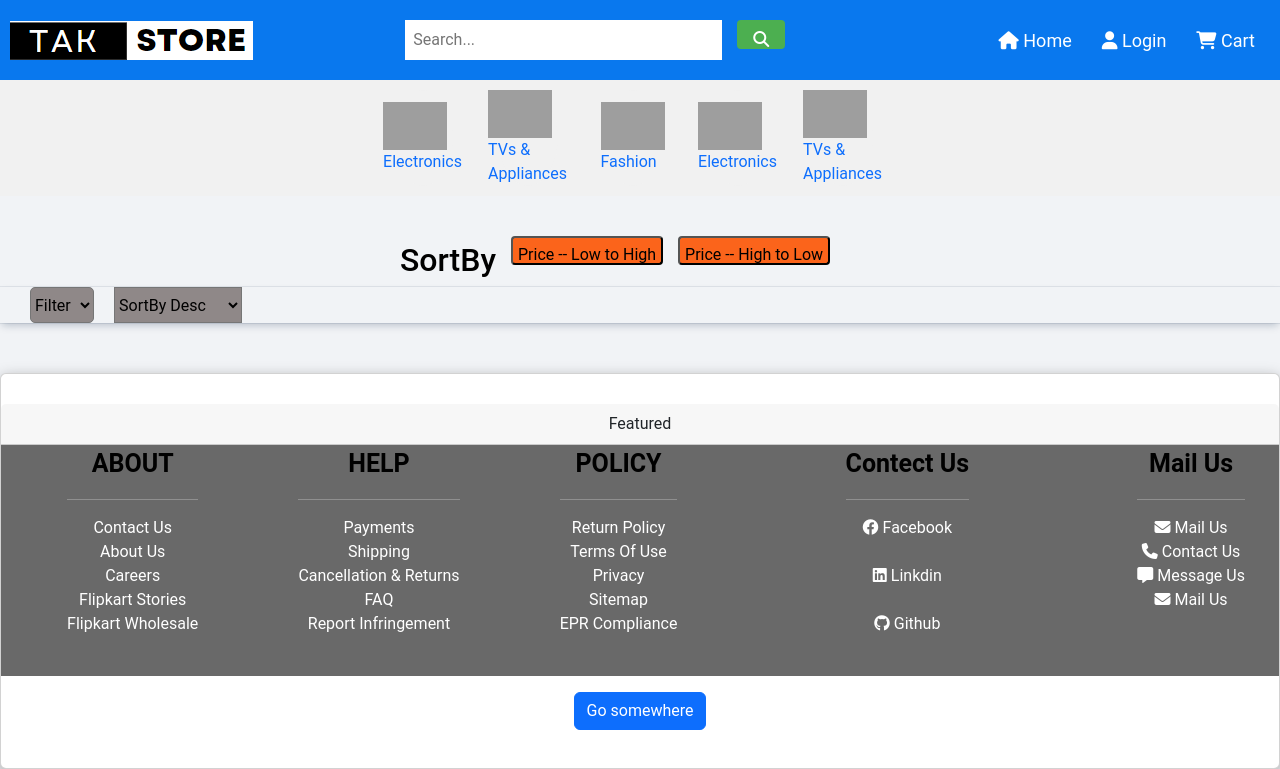
Repository: MSaifKhan01/TAK-Store
Page: PROJECT_Front/fashion.html
An editor plug-in stored every save of this project. The page is shown before and after the next save, followed by the edit.
The browser window is 1280 px wide. The pictures show the whole page.
Pictures or frames that could not be fetched are drawn as grey boxes. The page's requests for data from a server got no answer.

Above is the page before, as saved 2023-07-22 02:06:41.
Console error: TypeError: Cannot read properties of null (reading 'append')

After the next save:
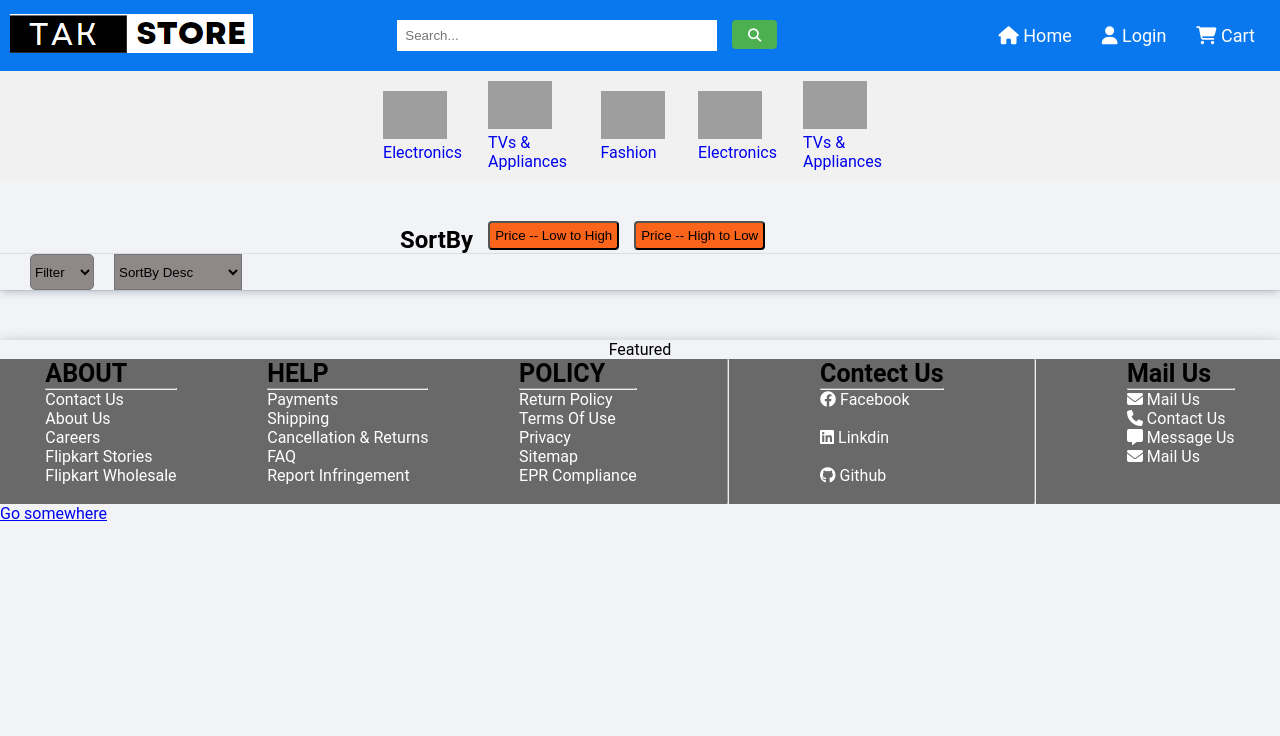
Saved 19 s later.
--- a/PROJECT_Front/fashion.html
+++ b/PROJECT_Front/fashion.html
@@ -14,12 +14,7 @@
     referrerpolicy="no-referrer"
   />
   <!-- cdn link of bootstrap for css -->
-  <link
-    href="https://cdn.jsdelivr.net/npm/bootstrap@5.2.3/dist/css/bootstrap.min.css"
-    rel="stylesheet"
-    integrity="sha384-rbsA2VBKQhggwzxH7pPCaAqO46MgnOM80zW1RWuH61DGLwZJEdK2Kadq2F9CUG65"
-    crossorigin="anonymous"
-  />
+
 
     <link rel="stylesheet" type="text/css" href="./CSS/fashion.css">
     <link rel="stylesheet" type="text/css" href="./CSS/Index.css">
